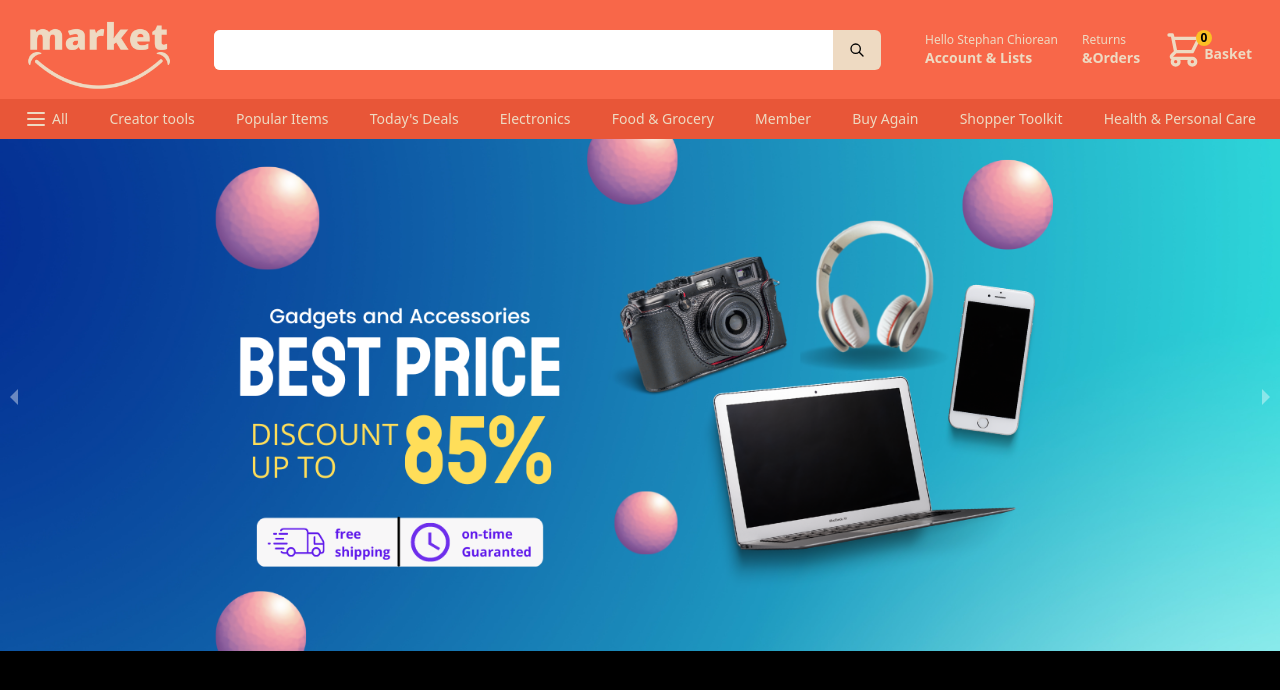
Repository: stephan-chiorean/marketplace-app
Page: /
The author's editor kept a copy of each file at every save. The page is drawn from the files as they stood at one save, then again after the next save.
The browser window is 1280 px wide. The pictures show the whole page.
The project was rebuilt for these pictures with package versions that can differ from the ones it lists, and the page was loaded fresh each time. A package was used in the major version that the imports need, not the one package.json lists. The framework's server and built-in components were replaced by stand-ins that run in the browser. Also part of the build but not shown: next.config.js.

Above is the page before, as saved 2023-03-12 14:26:05.

After the next save:
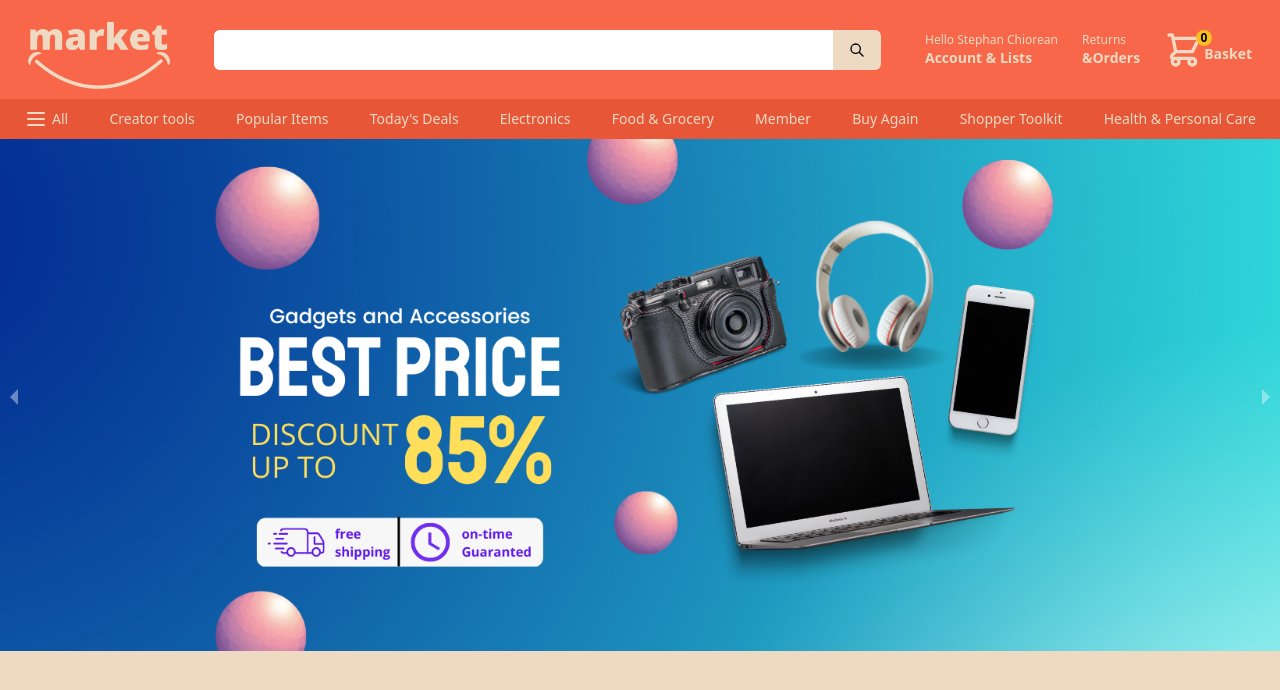
Saved 9 s later.
--- a/src/pages/index.js
+++ b/src/pages/index.js
@@ -3,7 +3,7 @@
 import Banner from "../components/Banner";
 export default function Home() {
   return (
-    <div className="h-screen bg-black">
+    <div className="h-screen bg-marketplace-light">
       <Head>
         <title>Amazon 2.0</title>
       </Head>
